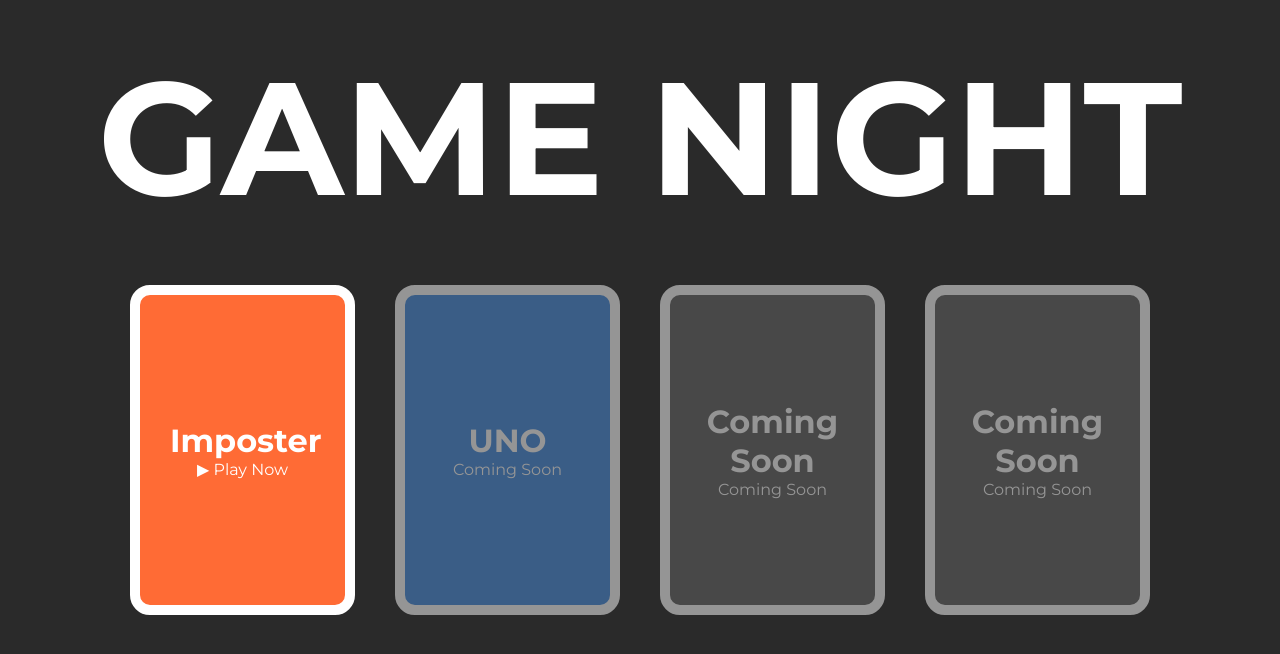
Repository: nfemmanuel/game-night-app
Page: /
These files come from the project's save history. The page is drawn as it stood at one moment and after a run of saves; the edit follows.
The browser window is 1280 px wide. The pictures show the whole page.
The project was rebuilt for these pictures with package versions that can differ from the ones it lists, and the page was loaded fresh each time. Also part of the build but not shown: src/pages/ImposterSetup.jsx.

Above is the page before, as saved 2025-12-31 16:52:35.

### public/index.html
<!DOCTYPE html>
<html lang="en">
  <head>
    <meta charset="utf-8" />
    <link rel="icon" href="%PUBLIC_URL%/favicon.ico" />
    <link rel="preconnect" href="https://fonts.googleapis.com">
    <link rel="preconnect" href="https://fonts.gstatic.com" crossorigin>
    <link href="https://fonts.googleapis.com/css2?family=Montserrat:wght@400;600;700&display=swap" rel="stylesheet">
    <meta name="viewport" content="width=device-width, initial-scale=1" />
    <meta name="theme-color" content="#000000" />
    <meta
      name="description"
      content="Web site created using create-react-app"
    />
    <link rel="apple-touch-icon" href="%PUBLIC_URL%/logo192.png" />
    <!--
      manifest.json provides metadata used when your web app is installed on a
      user's mobile device or desktop. See https://developers.google.com/web/fundamentals/web-app-manifest/
    -->
    <link rel="manifest" href="%PUBLIC_URL%/manifest.json" />
    <!--
      Notice the use of %PUBLIC_URL% in the tags above.
      It will be replaced with the URL of the `public` folder during the build.
      Only files inside the `public` folder can be referenced from the HTML.

      Unlike "/favicon.ico" or "favicon.ico", "%PUBLIC_URL%/favicon.ico" will
      work correctly both with client-side routing and a non-root public URL.
      Learn how to configure a non-root public URL by running `npm run build`.
    -->
    <title>React App</title>
  </head>
  <body>
    <noscript>You need to enable JavaScript to run this app.</noscript>
    <div id="root"></div>
    <!--
      This HTML file is a template.
      If you open it directly in the browser, you will see an empty page.

      You can add webfonts, meta tags, or analytics to this file.
      The build step will place the bundled scripts into the <body> tag.

      To begin the development, run `npm start` or `yarn start`.
      To create a production bundle, use `npm run build` or `yarn build`.
    -->
  </body>
</html>

### src/App.js
import { BrowserRouter, Routes, Route } from 'react-router-dom';
import './styles/global.css';
import LandingPage from './pages/LandingPage';
import ImposterSetup from './pages/ImposterSetup';

function App() {
  return (
    <BrowserRouter>
      <Routes>
        <Route path="/" element={<LandingPage />} />
        <Route path="/imposter-setup" element={<ImposterSetup />} />
      </Routes>
    </BrowserRouter>
  );
}

export default App;

### src/styles/global.css
* {
    margin: 0;
    padding: 0;
    box-sizing: border-box;
}

body {
    font-family: 'Montserrat',
        'Helvetica Neue',
        'Arial',
        sans-serif;
    background-color: rgb(42, 42, 42);
    color: white;
    overflow: hidden;
}

button {
    cursor: pointer;
    border: none;
    border-radius: 5px;
    font-family: inherit;
    font-size: 1rem;
    padding: 10px 20px;
}

### src/pages/LandingPage.jsx
import { useNavigate } from 'react-router-dom';
import GameCard from '../components/GameCard';

function LandingPage() {
    const navigate = useNavigate();

    const handleClick = (gameName, route) => {
        if (route) {
            navigate(route);
        }
    };

    return (
        <div style={{ padding: '40px', textAlign: 'center' }}>
            <h1 style={{ fontSize: '10rem' }}>GAME NIGHT</h1>

            <div style={{
                display: 'flex',
                gap: '20px',
                justifyContent: 'center',
                marginTop: '40px',
                flexWrap: 'wrap'
            }}>
                <GameCard
                    name="Imposter"
                    available={true}
                    color="orange"
                    onClick={() => handleClick("Imposter", "/imposter-setup")}
                />
                <GameCard
                    name="UNO"
                    available={false}
                    color="blue"
                    onClick={() => handleClick("UNO", "/uno-setup")}
                />
                <GameCard
                    name="Coming Soon"
                    available={false}
                    onClick={() => { }}
                />
                <GameCard
                    name="Coming Soon"
                    available={false}
                    onClick={() => { }}
                />
            </div>
        </div>
    );
}

export default LandingPage;

### src/components/GameCard.jsx
import styles from './GameCard.module.css';

function GameCard({ name, available, onClick, color }) {  // Add color here
    // Combine card + available/disabled classes + color
    const cardClasses = `${styles.card} ${available ? styles.available : styles.disabled} ${color ? styles[color] : ''}`;

    return (
        <div
            className={cardClasses}
            onClick={available ? onClick : null}
        >
            <h1>{name}</h1>
            <p>{available ? '▶ Play Now' : 'Coming Soon'}</p>
        </div>
    );
}

export default GameCard;

### src/components/GameCard.module.css
.card {
    width: 225px;
    height: 330px;
    padding: 30px;
    margin: 10px;
    border-radius: 20px;
    border: 10px solid white;
    text-align: center;
    transition: all 0.3s ease;
    display: flex;
    flex-direction: column;
    justify-content: center;
}

.available {
    color: white;
    cursor: pointer;
}

.available:hover {
    transform: scale(1.05);
}

.disabled {
    background-color: #666;
    color: white;
    cursor: not-allowed;
    opacity: 0.5;
}

.orange {
    background-color: #FF6B35;
}

.orange:hover {
    box-shadow: 0 0 20px rgba(255, 107, 53, 0.6);
}

.blue {
    background-color: #4A90E2;
}

.blue:hover {
    box-shadow: 0 0 20px rgba(74, 144, 226, 0.6);
}

Loaded but not shown: src/index.js (common file); src/index.css (common file); src/reportWebVitals.js (common file)

After the next 3 saves:
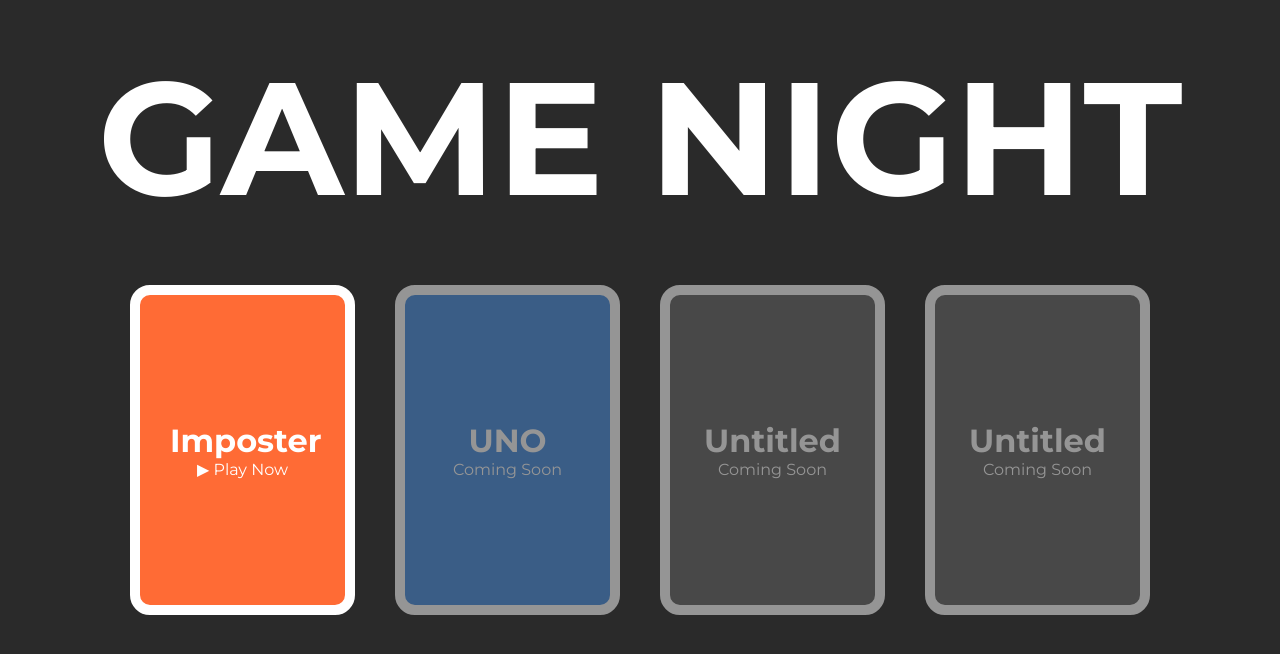
The 3 saves are shown as one change because they came seconds apart.
The last was saved 20 s later.
--- a/src/pages/LandingPage.jsx
+++ b/src/pages/LandingPage.jsx
@@ -34,12 +34,12 @@ function LandingPage() {
                     onClick={() => handleClick("UNO", "/uno-setup")}
                 />
                 <GameCard
-                    name="Coming Soon"
+                    name="Untitled"
                     available={false}
                     onClick={() => { }}
                 />
                 <GameCard
-                    name="Coming Soon"
+                    name="Untitled"
                     available={false}
                     onClick={() => { }}
                 />
